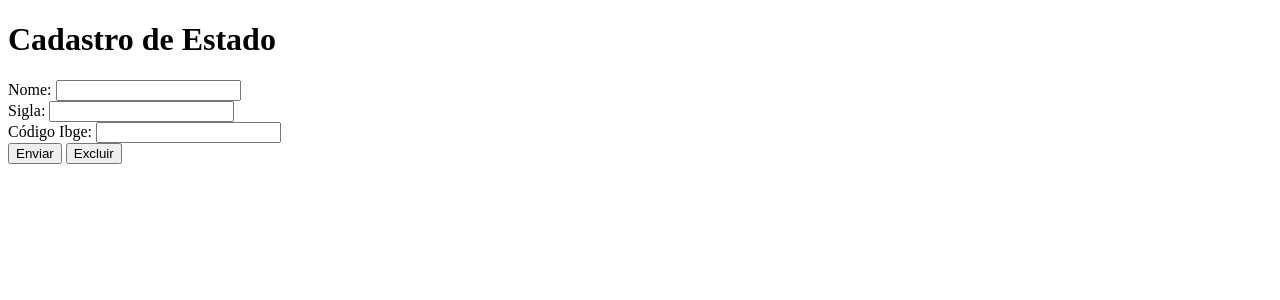
Repository: danielandradedasilva/ProjetoWebJava
Page: http://localhost/projetoweb/CadastroEstado.jsp
An editor plug-in stored every save of this project. The page is shown before and after the next save, followed by the edit.
The browser window is 1280 px wide. The pictures show the whole page.
The page is served by Tomcat 9.

Above is the page before, as saved 2021-05-03 22:22:51.

After the next save:
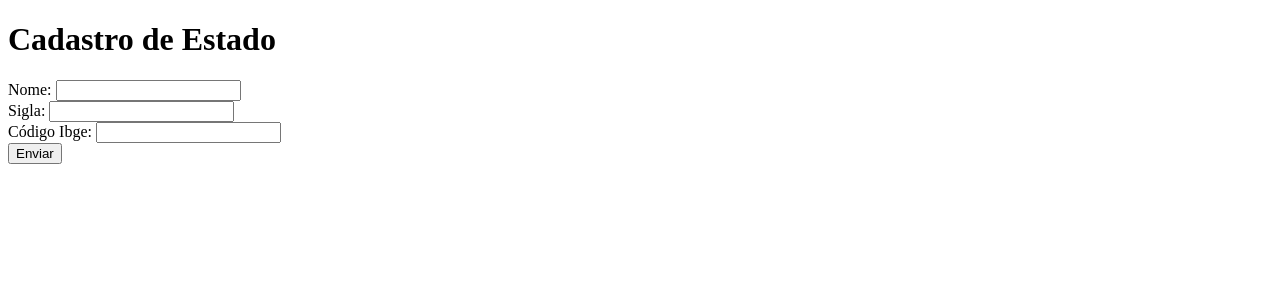
Saved 100 s later.
--- a/projetoweb/src/main/webapp/CadastroEstado.jsp
+++ b/projetoweb/src/main/webapp/CadastroEstado.jsp
@@ -21,7 +21,7 @@
 		<input type="text" name="codigoIbge">
 		<br>
 		<input type="submit" value="Enviar">
-		<input type="button" value="Excluir">
+
 	</form>
 </body>
 </html>
